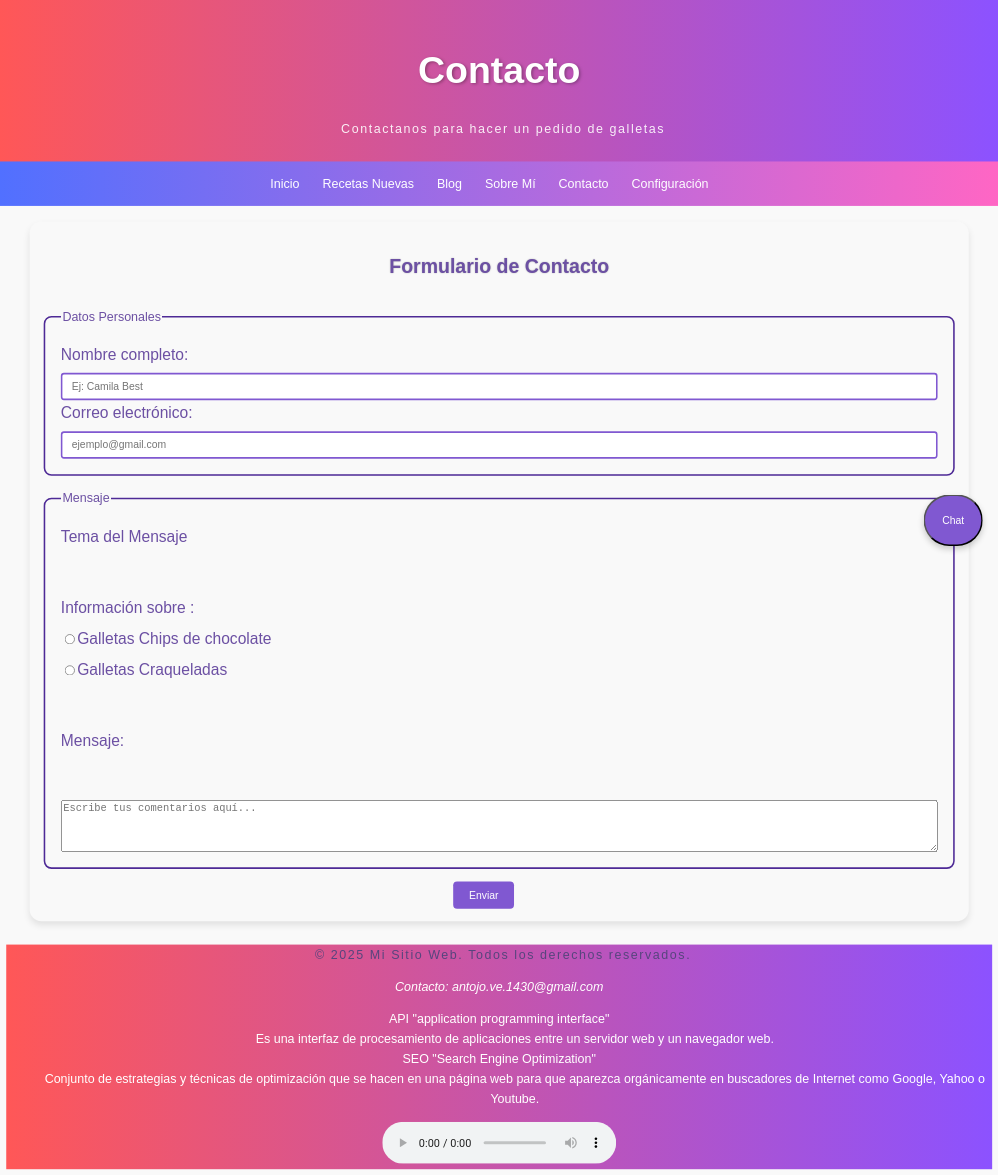
Repository: Camilabest14/Laboratorio-Pow
Page: Contacto1Cv.html
The author's editor kept a copy of each file at every save. The page is drawn from the files as they stood at one save, then again after the next save.
The browser window is 1280 px wide. The pictures show the whole page, at 78% of full size.

Above is the page before, as saved 2025-05-16 07:22:30.

After the next save:
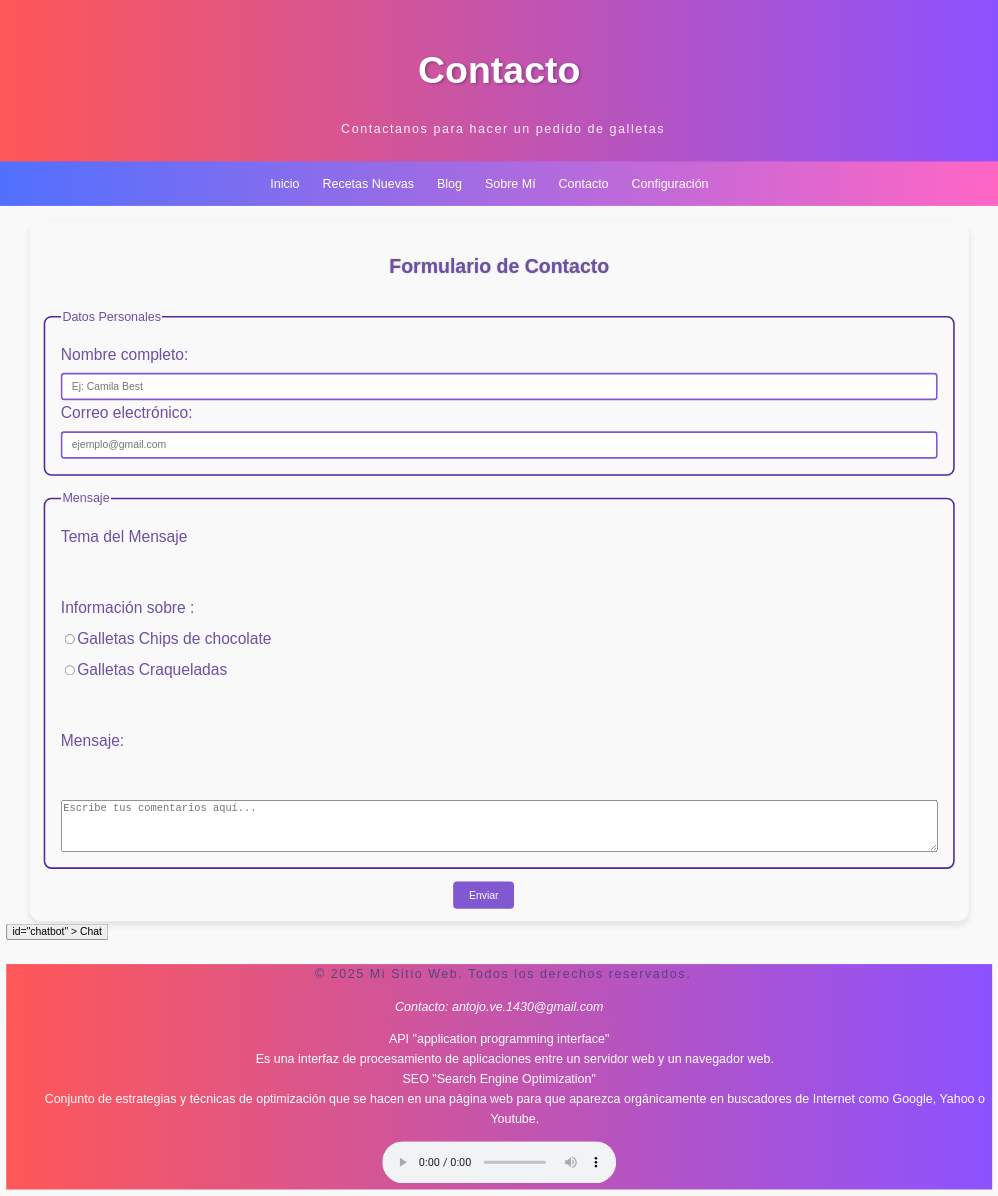
Saved 43 min 24 s later.
--- a/Contacto1Cv.html
+++ b/Contacto1Cv.html
@@ -58,7 +58,7 @@
                 </form>
             </section>
         </main>
-         <button  <img src="/Img/bot-conversacional.png" id="chatbot" >  Chat   </button>
+        <button  <img src="/Img/bot-conversacional.png"> id="chatbot" >  Chat   </button>
     </body>
 
     <footer class="footer-principal">

After the save that followed:
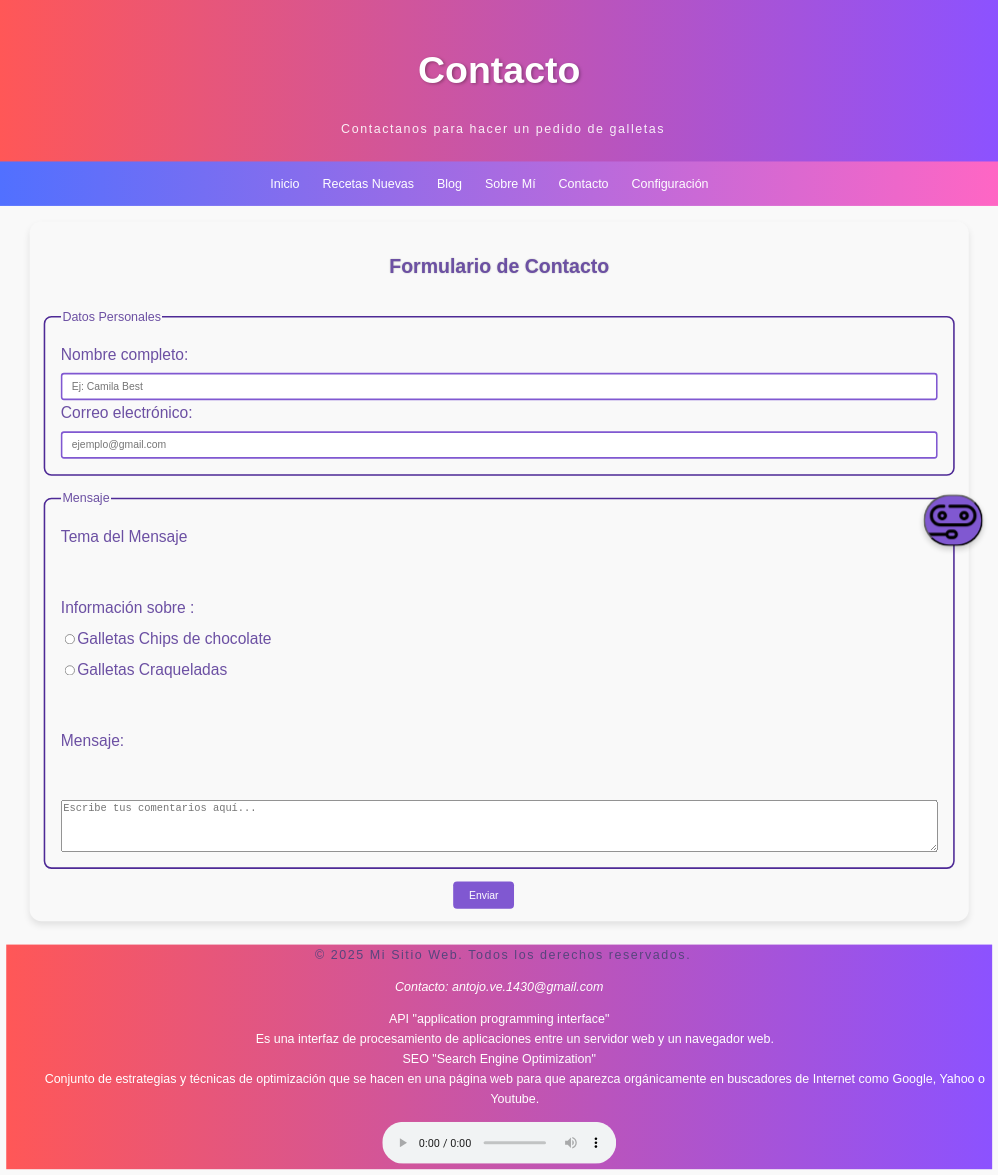
Saved 92 s later.
--- a/Contacto1Cv.html
+++ b/Contacto1Cv.html
@@ -58,7 +58,7 @@
                 </form>
             </section>
         </main>
-        <button  <img src="/Img/bot-conversacional.png"> id="chatbot" >  Chat   </button>
+        <button id="chatbot" > <img src="/Img/bot-conversacional.png"> </button>
     </body>
 
     <footer class="footer-principal">
